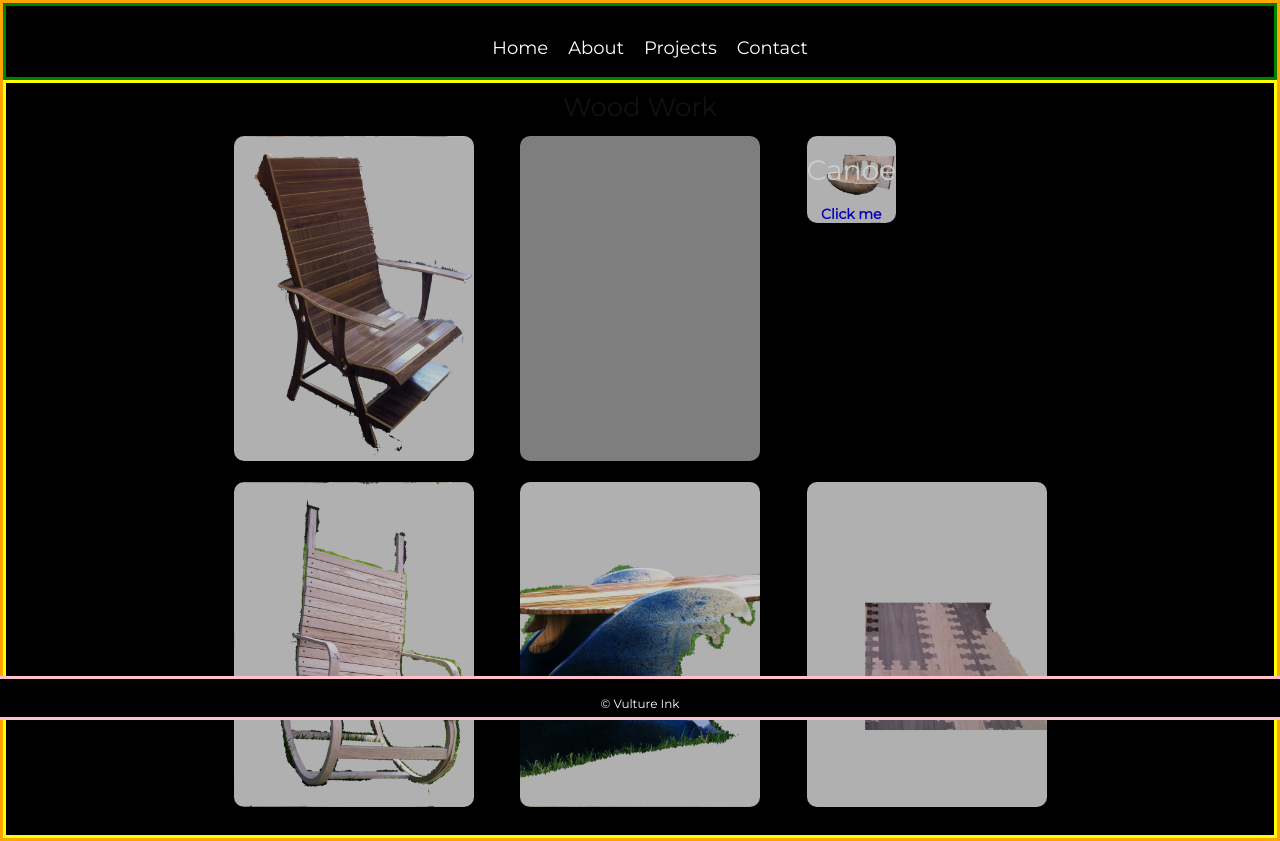
Repository: kaitlynMidori/anon_ink
Page: pages/Projects.html
An editor plug-in stored every save of this project. The page is shown before and after the next save, followed by the edit.
The browser window is 1280 px wide. The pictures show the whole page.
Pictures or frames that could not be fetched are drawn as grey boxes. Some web libraries are served in a nearby version.

Above is the page before, as saved 2021-09-08 18:05:16.

After the next save:
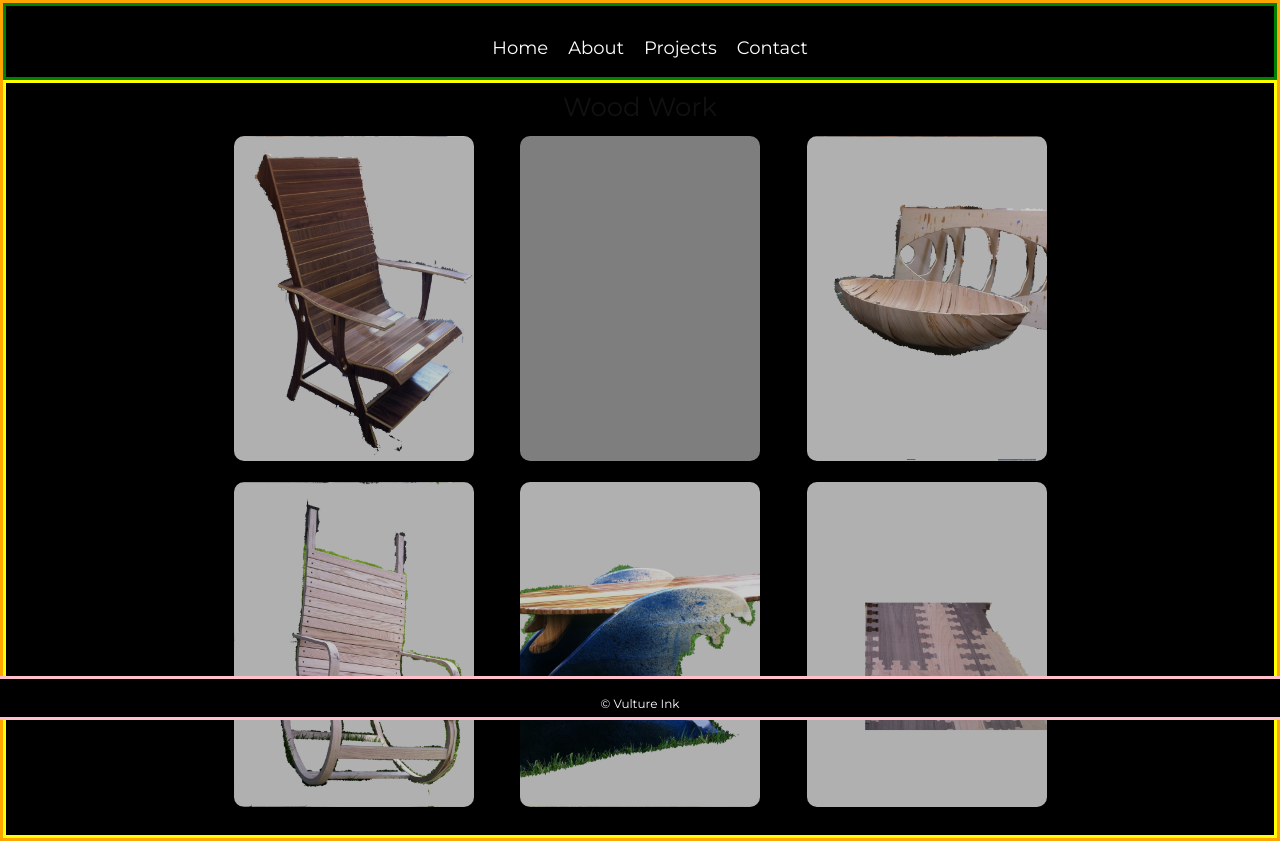
Saved 66 s later.
--- a/pages/Projects.html
+++ b/pages/Projects.html
@@ -48,7 +48,7 @@
       <div class="card">
         <div class="card-inner">
           <div class="card-three-front">
-            <a href="/pages/canoe.html id="card3"><h1>Canoe</h1><p>Click me</p></a>
+            <a href="/pages/canoe.html" id="card3"><h1>Canoe</h1><p>Click me</p></a>
           </div>
         </div>
       </div>
